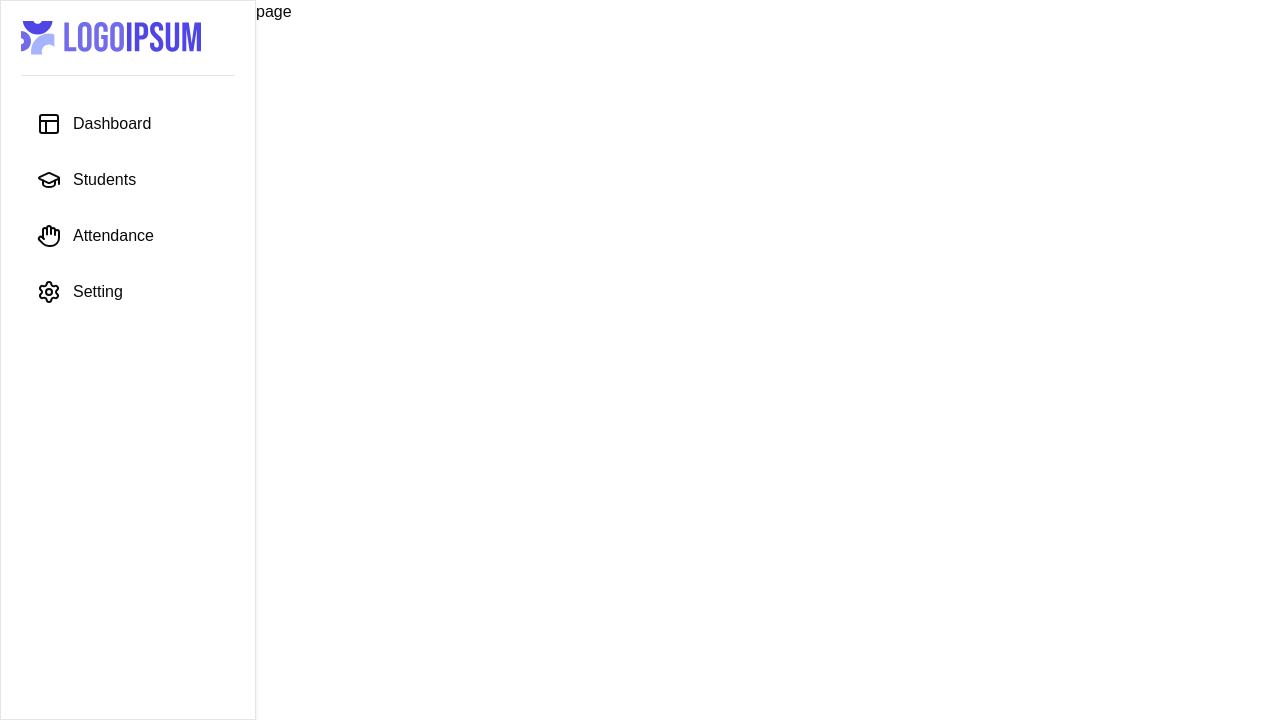
Repository: Essam-iut/SPT
Page: /dashboard
The author's editor kept a copy of each file at every save. The page is drawn from the files as they stood at one save, then again after a run of saves.
The browser window is 1280 px wide. The pictures show the whole page.
The project was rebuilt for these pictures with package versions that can differ from the ones it lists, and the page was loaded fresh each time. The framework's server and built-in components were replaced by stand-ins that run in the browser. Also part of the build but not shown: next.config.mjs.

Above is the page before, as saved 2024-11-11 15:12:18.

After the next 3 saves:
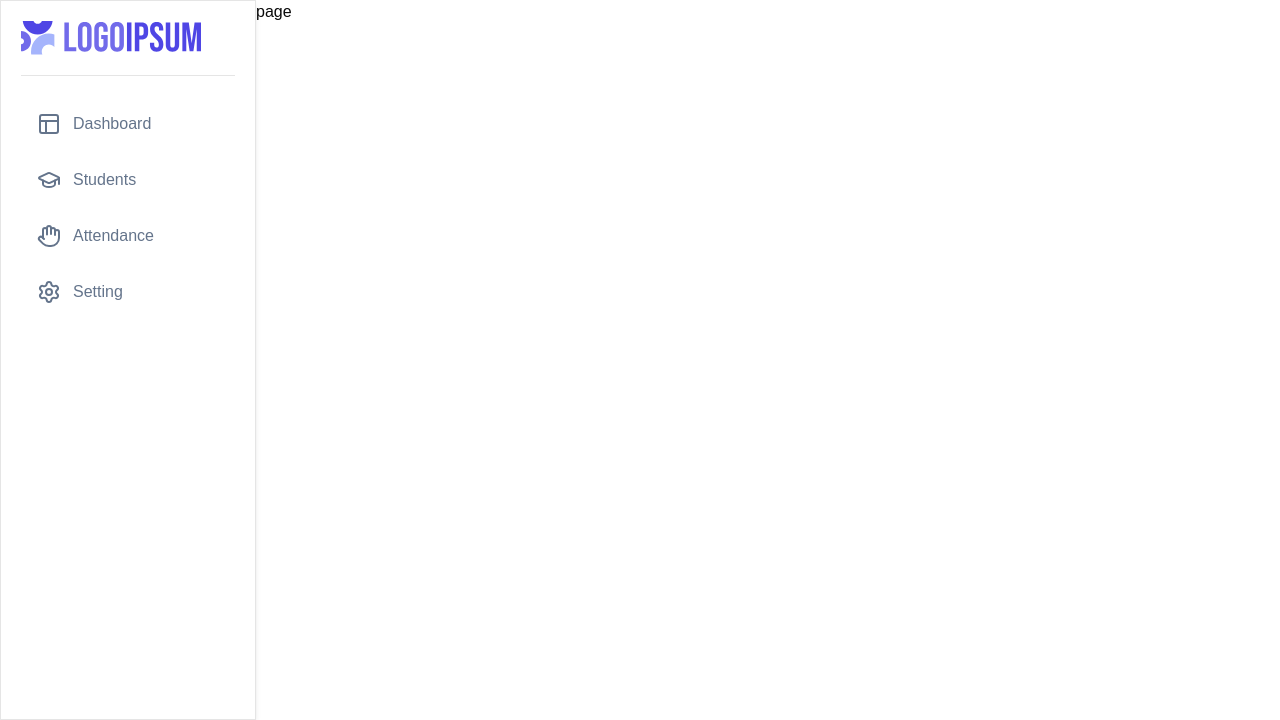
The 3 saves are shown as one change because they came seconds apart.
The last was saved 11 s later.
--- a/app/dashboard/_component/SideNav.jsx
+++ b/app/dashboard/_component/SideNav.jsx
@@ -38,7 +38,7 @@ function SideNav() {
        <hr className="my-5"></hr>
        {menuList.map((menu, index) => (
         <h2 className="flex items-center gap-3 text-md p-4
-        ">
+        text-slate-500 hover:">
           <menu.icon/>
           {menu.name}
         </h2>
